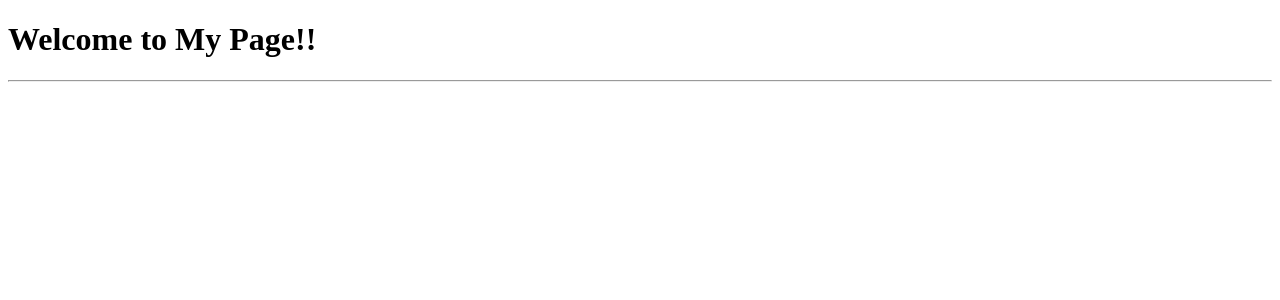
Repository: an-sehyeon/web_inworld
Page: http://localhost/web/01_script_test.jsp
An editor plug-in stored every save of this project. The page is shown before and after the next save, followed by the edit.
The browser window is 1280 px wide. The pictures show the whole page.
The page is served by Tomcat 10. Other server files are loaded and not shown.

Above is the page before, as saved 2024-12-14 05:37:40.

### web_inwolrd/04_Servlet/dev/web/src/main/webapp/01_script_test.jsp
<%@ page language="java" contentType="text/html; charset=UTF-8"
    pageEncoding="UTF-8"%>
<!DOCTYPE html>
<html>
<head>
<meta charset="UTF-8">
<title>Welcome</title>
</head>
<body>
	<h1>Welcome to My Page!!</h1>
	<hr>
	<!-- JSP declaration Tag -->
	<%!
		int count = 10;
		String color = "magenta";
		String makeLower(String data) {				// 소문자 만들기
			return data.toLowerCase();
		}
	%>
</body>
</html>

After the next save:
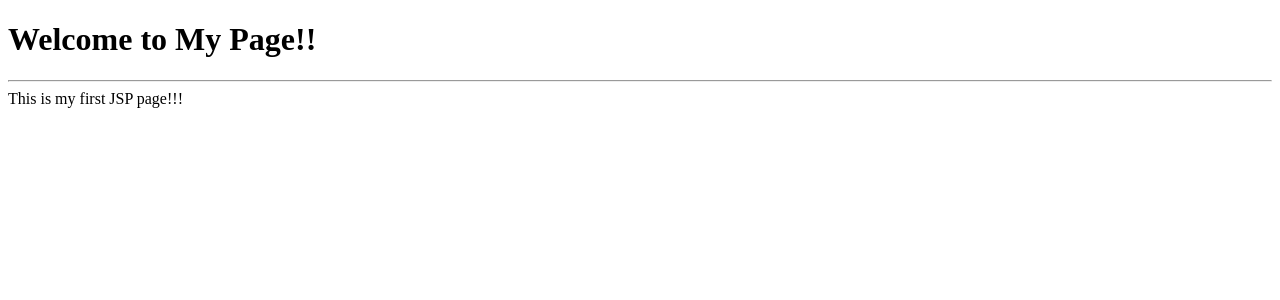
Saved 74 s later.
--- a/web_inwolrd/04_Servlet/dev/web/src/main/webapp/01_script_test.jsp
+++ b/web_inwolrd/04_Servlet/dev/web/src/main/webapp/01_script_test.jsp
@@ -17,5 +17,10 @@
 			return data.toLowerCase();
 		}
 	%>
+
+	<!-- JSP Scriptlet -->
+	<%
+		out.println("This is my first JSP page!!!<br>");
+	%>
 </body>
 </html>
